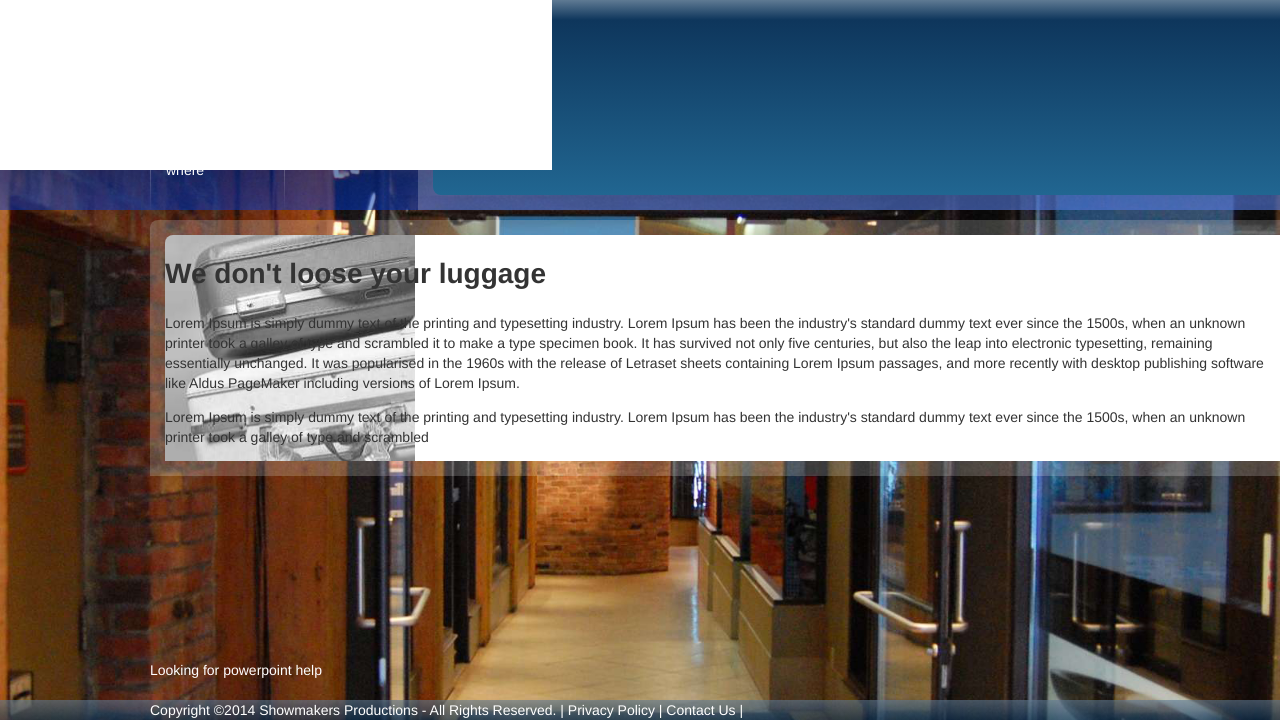
Repository: EddieMachete/showmakers
Page: index.html
The author's editor kept a record of every edit. The page is drawn from the files as they stood at one moment, then again after the next edit.
The browser window is 1280 px wide. The pictures show the whole page.

Above is the page before.
Console error: TypeError: Cannot read properties of undefined (reading 'querySelector')

After the next edit:
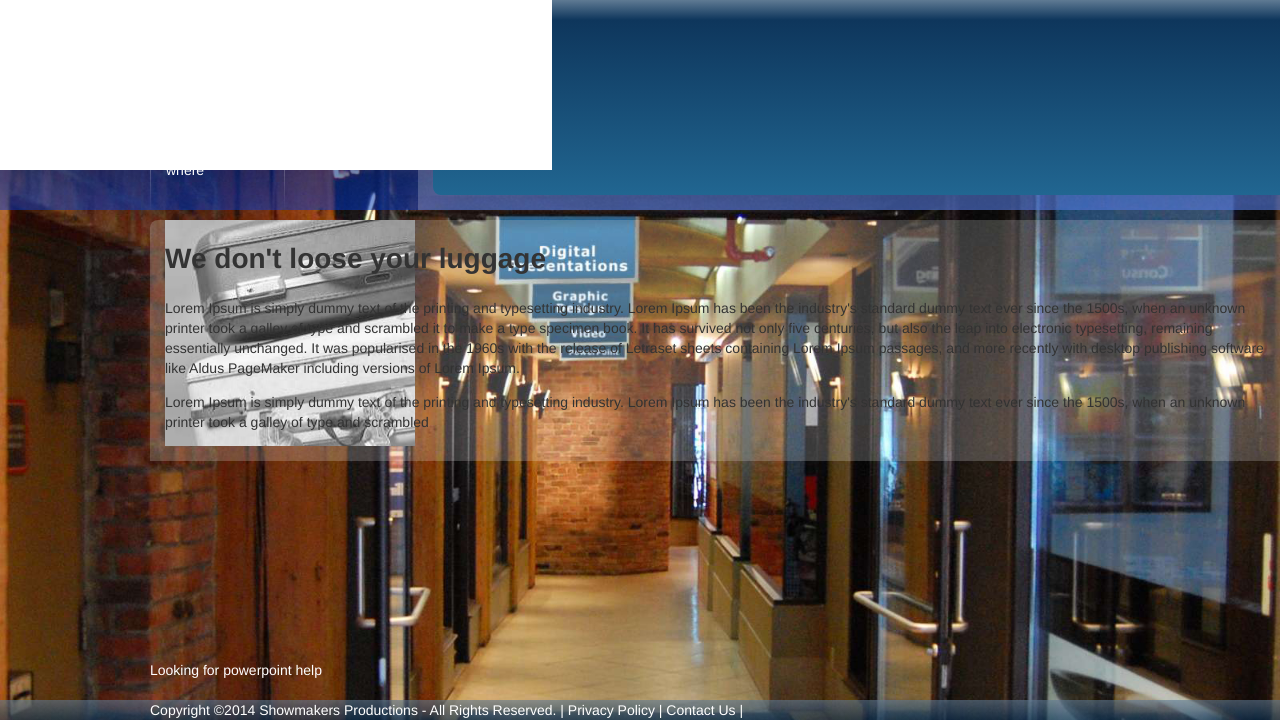
The edit:
--- a/index.html
+++ b/index.html
@@ -88,7 +88,10 @@
     </div>
     <div class="main-content padded-left frosted-glass top-left-round-corners-8">
         <!-- ----- Our Philosophy ----- -->
-        <div class="our-philosophy-content container top-left-round-corners-8">
+        <div>
+
+        </div>
+        <div class="our-philosophy-content">
             <div class="message">
                 <h1>We don&apos;t loose your luggage</h1>
                 <p>
